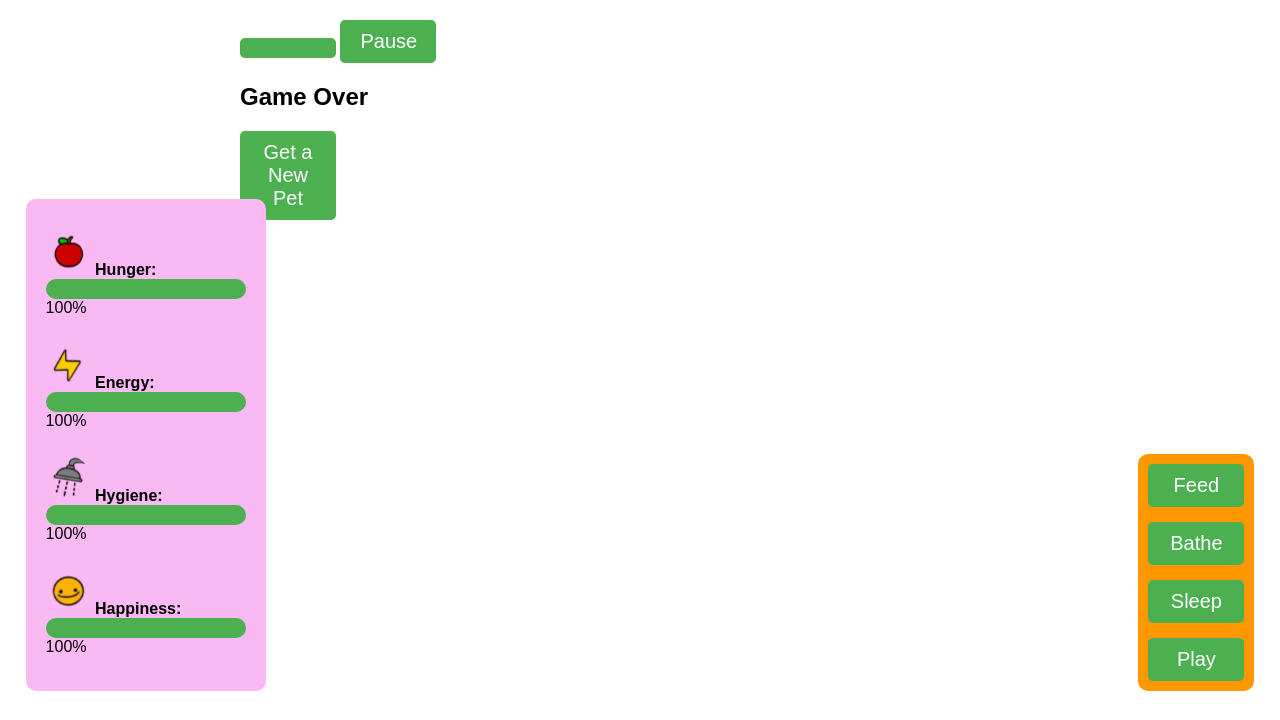
Repository: sarahjx/CapyCare
Page: html/index.html
These files come from the project's save history. The page is drawn as it stood at one moment and after the next save; the edit follows.
The browser window is 1280 px wide. The pictures show the whole page.
Some web fonts or font styles are not loaded; a fallback is used.

Above is the page before, as saved 2025-04-30 18:05:17.

### html/index.html
<!DOCTYPE html>
<html lang="en">
  <head>
    <meta charset="UTF-8" />
    <meta name="viewport" content="width=device-width, initial-scale=1.0" />
    <title>Virtual Pet Game</title>
    <link rel="preconnect" href="https://fonts.googleapis.com">
    <link rel="preconnect" href="https://fonts.gstatic.com" crossorigin>
    <link href="https://fonts.googleapis.com/css2?family=McLaren&display=swap" rel="stylesheet">
    <link rel="stylesheet" href="../css/statusbar.css" />
  </head>
  <body>
    <div class="status-bar-container">

      <div class="status-bar">
        <div class="status-icon-container">
        <span class="hunger-icon"><img src="../images/hunger.svg" alt="hunger icon"></span>
        <span class="status-label">Hunger:</span>
        </div>
        <div class="status-progress">
          <div id="hunger-bar" class="status-fill"></div>
        </div>
        <span id="hunger-value">100%</span>
        <div id="hunger-warning" class="warning"></div>
      </div>

      <div class="status-bar">
        <div class="status-icon-container">
        <span class="energy-icon"><img src="../images/energy.svg" alt="energy icon"></span>
        <span class="status-label">Energy:</span>
        </div>
        <div class="status-progress">
          <div id="energy-bar" class="status-fill"></div>
        </div>
        <span id="energy-value">100%</span>
        <div id="energy-warning" class="warning"></div>
      </div>

      <div class="status-bar">
        <div class="status-icon-container">
        <span class="hygiene-icon"><img src="../images/hygiene.svg" alt="hygiene icon"></span>
        <span class="status-label">Hygiene:</span>
        </div>
        <div class="status-progress">
          <div id="hygiene-bar" class="status-fill"></div>
        </div>
        <span id="hygiene-value">100%</span>
        <div id="hygiene-warning" class="warning"></div>
      </div>

      <div class="status-bar">
        <div class="status-icon-container">
        <span class="happiness-icon"><img src="../images/happiness.svg" alt="happiness icon"></span>
        <span class="status-label">Happiness:</span>
        </div>
        <div class="status-progress">
          <div id="happiness-bar" class="status-fill"></div>
        </div>
        <span id="happiness-value">100%</span>
        <div id="happiness-warning" class="warning"></div>
      </div>
    </div id="menu-wraper">
    <button id="toggle-button"></button>

      <div class="action-buttons" id="button-column">
        <button onclick="feedPet(currentPet)">Feed</button>
        <button onclick="bathePet(currentPet)">Bathe</button>
        <button onclick="bedtime(currentPet)">Sleep</button>
        <button onclick="touchPet(currentPet)">Play</button>
      </div>
      <button id="pauseButton" onclick="togglePause()" class="pause-button">
        Pause
      </button>
    </div>

    <div id="gameOverScreen" class="game-over-screen">
      <div class="game-over-content">
        <h2>Game Over</h2>
        <p id="gameOverMessage"></p>
        <button onclick="resetGame()">Get a New Pet</button>
      </div>
    </div>

    <script src="../backend/status.js"></script>
  </body>
</html>

### css/statusbar.css
:root {
  --primary-color: #F9D9D9;
  --secondary-color: #D9E7F9;
  --tertiary-color: #FFF1FB;
  --accent-color: #F7EFD7;
  --text-color: #333;
  --spacing-xs: 0.5rem;
  --spacing-sm: 0.75rem;
  --spacing-md: 1rem;
  --spacing-lg: 1.5rem;
  --spacing-xl: 2rem;
  --spacing-xxl: 3rem;
  --font-family: 'McLaren', sans-serif;
  --font-size-xs: 0.75rem;
  --font-size-sm: 0.875rem;
  --font-size-md: 1rem;
  --font-size-lg: 1.125rem;
  --font-size-xl: 1.25rem;
  --font-size-xxl: 1.5rem;
}

body {
  font-family: var(--font-family);
  font-weight: 10;
  max-width: 800px;
  margin: 0 auto;
  padding: 20px;
  background-color: #ffffff;
}

.status-bar-container {
  position: fixed;
  background-color: rgb(249, 185, 243);
  padding: 20px;
  border-radius: 10px;
  display: inline-flex;
  flex-direction: column;
  bottom: 4%;
  left: 2%;
}

.status-bar {
  margin: 10px 0;
}

.status-label {
  display: inline-block;
  width: 100px;
  font-weight: bold;
}

.status-progress {
  width: 200px;
  height: 20px;
  background-color: #eee;
  border-radius: 10px;
  overflow: hidden;
}

.status-fill {
  height: 100%;
  background-color: #4caf50;
  transition: width 0.3s ease;
}

.action-buttons {
  margin-top: 20px;
  display: inline-flex;
  flex-direction: column;
  padding: 10px;
  border-radius: 10px;
  gap: 15px;
  background-color: #ff9800;
  position: fixed;
  right: 2%;
  bottom: 4%;

}


button {
  padding: 10px 20px;
  border: none;
  border-radius: 5px;
  background-color: #4caf50;
  color: white;
  cursor: pointer;
  transition: background-color 0.3s;
  width: 6rem;
  font-family: var(--font-family);
  font-weight: 7pt;
  font-size: var(--font-size-xl);

}

button:hover {
  background-color: #45a049;
}

.warning {
  color: #ff9800;
  font-weight: bold;
  margin-top: 5px;
}

.critical {
  color: #f44336;
  font-weight: bold;
  margin-top: 5px;
}

### backend/status.js
/** @format */

function Personality(favFood, active, clean, clingy, foodLover, introText) {
  this.favFood = favFood;
  this.active = active;
  this.clean = clean;
  this.clingy = clingy;
  this.foodLover = foodLover;
  this.intro = introText;
}

const mix1 = new Personality(
  "Sunfruit",
  true,
  true,
  true,
  true,
  "This pet is energetic and playful, always ready to explore or play. They love the taste of Sunfruit and will happily eat it when offered, but they'll need constant attention, so expect lots of petting and cuddling. Despite their active nature, they stay clean and are easy to bathe. This pet loves affection and will return it in kind!"
);
const mix2 = new Personality(
  "Snakberry",
  true,
  true,
  false,
  true,
  "This pet is full of energy and loves to make the most of their days. They are particularly fond of Snakberries, which they will devour happily, but they tend to get hungry more often due to their high energy levels. Despite their active nature, they keep themselves clean and are easy to bathe. They're not overly clingy, so while they'll happily spend time with you, they won't be demanding affection constantly."
);
const mix3 = new Personality(
  "Dreamleaf",
  false,
  false,
  true,
  false,
  "This pet is laid-back and enjoys spending time with you, always seeking your company. They love Dreamleaf as a treat, but they're not particularly food-driven and don't get hungry as often. While they may get a little dirty from time to time, they tend to move around when you try to bathe them. Expect them to seek out your attention frequently, and be ready to shower them with love when they come to you for pets."
);

const personalities = [mix1, mix2, mix3];

// Global variable to store current pet
let currentPet = null;

// Store interval IDs globally
let hungerInterval = null;
let energyInterval = null;
let hygieneInterval = null;
let happinessInterval = null;

let isGameOver = false;

function getRandomPersonality() {
  const randomIndex = Math.floor(Math.random() * personalities.length);
  currentPet = personalities[randomIndex];
  console.log("New pet initialized:", currentPet.intro);
  return currentPet;
}

let hunger = 100;
let energy = 100;
let hygiene = 100;
let happiness = 100;

// Personality-based status decrease functions
function decreaseHunger() {
  if (!currentPet || isGameOver) return;

  // Food lovers get hungry faster
  const decreaseAmount = currentPet.foodLover ? 15 : 10;
  if (hunger <= 0) {
    hunger = 0;
    if (checkGameOver()) return;
  } else if (hunger > 0) {
    hunger -= decreaseAmount;
    if (checkGameOver()) return;
  }
  console.log("Hunger: " + hunger);
  warning();
}

function decreaseEnergy() {
  if (!currentPet || isGameOver) return;

  // Active pets lose energy faster
  const decreaseAmount = currentPet.active ? 15 : 10;
  if (energy <= 0) {
    energy = 0;
    if (checkGameOver()) return;
  } else if (energy > 0) {
    energy -= decreaseAmount;
    if (checkGameOver()) return;
  }
  console.log("Energy: " + energy);
  warning();
}

function decreaseHygiene() {
  if (!currentPet || isGameOver) return;

  // Clean pets lose hygiene slower
  const decreaseAmount = currentPet.clean ? 8 : 12;
  if (hygiene <= 0) {
    hygiene = 0;
    if (checkGameOver()) return;
  } else if (hygiene > 0) {
    hygiene -= decreaseAmount;
    if (checkGameOver()) return;
  }
  console.log("Hygiene: " + hygiene);
  warning();
}

function decreaseHappiness() {
  if (!currentPet || isGameOver) return;

  // Clingy pets lose happiness faster when not attended to
  const decreaseAmount = currentPet.clingy ? 15 : 10;
  if (happiness <= 0) {
    happiness = 0;
    if (checkGameOver()) return;
  } else if (happiness > 0) {
    happiness -= decreaseAmount;
    if (checkGameOver()) return;
  }
  console.log("Happiness: " + happiness);
  warning();
}

// Update intervals with personality-based timing
function updateIntervals() {
  // Clear any existing intervals
  if (hungerInterval) clearInterval(hungerInterval);
  if (energyInterval) clearInterval(energyInterval);
  if (hygieneInterval) clearInterval(hygieneInterval);
  if (happinessInterval) clearInterval(happinessInterval);

  // Set new intervals based on personality
  hungerInterval = setInterval(
    () => {
      decreaseHunger();
      warning();
    },
    currentPet.foodLover ? 6000 : 8000
  );

  energyInterval = setInterval(
    () => {
      decreaseEnergy();
      warning();
    },
    currentPet.active ? 8000 : 12000
  );

  hygieneInterval = setInterval(
    () => {
      decreaseHygiene();
      warning();
    },
    currentPet.clean ? 18000 : 15000
  );

  happinessInterval = setInterval(
    () => {
      decreaseHappiness();
      warning();
    },
    currentPet.clingy ? 8000 : 10000
  );

  console.log("Intervals updated for pet:", currentPet.intro);
}

// Pause game function
function pauseGame() {
  if (hungerInterval) clearInterval(hungerInterval);
  if (energyInterval) clearInterval(energyInterval);
  if (hygieneInterval) clearInterval(hygieneInterval);
  if (happinessInterval) clearInterval(happinessInterval);
  console.log("Game paused");
}

// Resume game function
function resumeGame() {
  updateIntervals();
  console.log("Game resumed");
}

// Initialize with a random pet and start intervals
currentPet = getRandomPersonality();
updateIntervals();

function touchPet(personality) {
  if (personality.clingy) {
    gainStatus("happiness");
    console.log("Your pet loves the attention!");
  } else {
    loseStatus("happiness");
    console.log("Your pet prefers their space.");
  }
}

function feedPet(personality) {
  gainStatus("hunger"); // Always increase hunger
  if (personality.foodLover) {
    gainStatus("happiness");
    console.log("Your pet loves the food!");
  } else {
    loseStatus("happiness");
    console.log("Your pet isn't very interested in food.");
  }
}

function bathePet(personality) {
  gainStatus("hygiene"); // Always increase hygiene
  if (personality.clean) {
    gainStatus("happiness");
    console.log("Your pet enjoys being clean!");
  } else {
    loseStatus("happiness");
    console.log("Your pet doesn't like baths.");
  }
}

function bedtime(personality) {
  gainStatus("energy"); // Always increase energy
  if (personality.active) {
    loseStatus("happiness");
    console.log("Your pet is too energetic to sleep!");
  } else {
    gainStatus("happiness");
    console.log("Your pet enjoys resting.");
  }
}

function gainStatus(category) {
  switch (category) {
    case "hunger":
      if (hunger >= 100) {
        console.log("Hunger is full!");
      } else if (hunger < 100) {
        hunger += 10;
        console.log("Hunger: " + hunger);
      }
      break;
    case "energy":
      if (energy >= 100) {
        console.log("Energy is full!");
      } else if (energy < 100) {
        energy += 10;
        console.log("Energy: " + energy);
      }
      break;
    case "hygiene":
      if (hygiene >= 100) {
        console.log("Hygiene is full!");
      } else if (hygiene < 100) {
        hygiene += 10;
        console.log("Hygiene: " + hygiene);
      }
      break;
    case "happiness":
      if (happiness >= 100) {
        console.log("Happiness is full!");
      } else if (happiness < 100) {
        happiness += 10;
        console.log("Happiness: " + happiness);
      }
      break;
    default:
      console.log("Invalid category");
  }
}

function loseStatus(category) {
  switch (category) {
    case "hunger":
      if (hunger <= 0) {
        console.log("Hunger is empty!");
        hunger = 0;
      } else if (hunger > 0) {
        hunger -= 10;
        console.log("Hunger: " + hunger);
      }
      break;
    case "energy":
      if (energy <= 0) {
        console.log("Energy is empty!");
        energy = 0;
      } else if (energy > 0) {
        energy -= 10;
        console.log("Energy: " + energy);
      }
      break;
    case "hygiene":
      if (hygiene <= 0) {
        console.log("Hygiene is empty!");
        hygiene = 0;
      } else if (hygiene > 0) {
        hygiene -= 10;
        console.log("Hygiene: " + hygiene);
      }
      break;
    case "happiness":
      if (happiness <= 0) {
        console.log("Happiness is empty!");
        happiness = 0;
      } else if (happiness > 0) {
        happiness -= 10;
        console.log("Happiness: " + happiness);
      }
      break;
    default:
      console.log("Invalid category");
  }
}

function warning() {
  // Hunger warnings
  if (hunger <= 50 && hunger > 20) {
    document.getElementById("hunger-warning").textContent =
      "Your pet is getting hungry!";
    document.getElementById("hunger-warning").className = "warning";
  } else if (hunger <= 20 && hunger > 0) {
    document.getElementById("hunger-warning").textContent =
      "Your pet is starving!";
    document.getElementById("hunger-warning").className = "critical";
  } else {
    document.getElementById("hunger-warning").textContent = "";
  }

  // Energy warnings
  if (energy <= 50 && energy > 20) {
    document.getElementById("energy-warning").textContent =
      "Your pet is getting tired!";
    document.getElementById("energy-warning").className = "warning";
  } else if (energy <= 20 && energy > 0) {
    document.getElementById("energy-warning").textContent =
      "Your pet is exhausted!";
    document.getElementById("energy-warning").className = "critical";
  } else {
    document.getElementById("energy-warning").textContent = "";
  }

  // Hygiene warnings
  if (hygiene <= 50 && hygiene > 20) {
    document.getElementById("hygiene-warning").textContent =
      "Your pet needs a bath!";
    document.getElementById("hygiene-warning").className = "warning";
  } else if (hygiene <= 20 && hygiene > 0) {
    document.getElementById("hygiene-warning").textContent =
      "Your pet is filthy!";
    document.getElementById("hygiene-warning").className = "critical";
  } else {
    document.getElementById("hygiene-warning").textContent = "";
  }

  // Happiness warnings
  if (happiness <= 50 && happiness > 20) {
    document.getElementById("happiness-warning").textContent =
      "Your pet is getting sad!";
    document.getElementById("happiness-warning").className = "warning";
  } else if (happiness <= 20 && happiness > 0) {
    document.getElementById("happiness-warning").textContent =
      "Your pet is depressed!";
    document.getElementById("happiness-warning").className = "critical";
  } else {
    document.getElementById("happiness-warning").textContent = "";
  }
}

function checkGameOver() {
  if (hunger <= 0 || energy <= 0 || hygiene <= 0 || happiness <= 0) {
    isGameOver = true;
    pauseGame();
    showGameOver();
    return true;
  }
  return false;
}

function showGameOver() {
  let reason = "";
  if (hunger <= 0) reason = "Your pet starved to death!";
  else if (energy <= 0) reason = "Your pet died from exhaustion!";
  else if (hygiene <= 0) reason = "Your pet died from poor hygiene!";
  else if (happiness <= 0) reason = "Your pet died from sadness!";

  console.log("GAME OVER: " + reason);
  document.getElementById("gameOverMessage").textContent = reason;
  document.getElementById("gameOverScreen").style.display = "flex";
}

function resetGame() {
  isGameOver = false;
  hunger = 100;
  energy = 100;
  hygiene = 100;
  happiness = 100;
  document.getElementById("gameOverScreen").style.display = "none";
  currentPet = getRandomPersonality();
  updateStatusBars();
  updateIntervals();
}

let isPaused = false;

      function togglePause() {
        isPaused = !isPaused;
        const pauseButton = document.getElementById("pauseButton");
        const buttons = document.querySelectorAll(
          ".buttons button:not(#pauseButton)"
        );

        if (isPaused) {
          pauseButton.textContent = "Resume";
          pauseButton.classList.add("paused");
          buttons.forEach((button) => (button.disabled = true));
          pauseGame();
        } else {
          pauseButton.textContent = "Pause";
          pauseButton.classList.remove("paused");
          buttons.forEach((button) => (button.disabled = false));
          resumeGame();
        }
      }

      // Update status bars
      function updateStatusBars() {
        document.getElementById("hunger-bar").style.width = hunger + "%";
        document.getElementById("energy-bar").style.width = energy + "%";
        document.getElementById("hygiene-bar").style.width = hygiene + "%";
        document.getElementById("happiness-bar").style.width = happiness + "%";

        document.getElementById("hunger-value").textContent = hunger + "%";
        document.getElementById("energy-value").textContent = energy + "%";
        document.getElementById("hygiene-value").textContent = hygiene + "%";
        document.getElementById("happiness-value").textContent =
          happiness + "%";
      }

      // Override console.log to update UI
      const originalConsoleLog = console.log;
      console.log = function () {
        originalConsoleLog.apply(console, arguments);
        updateStatusBars();
      };

      // Initial update
      updateStatusBars();

After the next save:
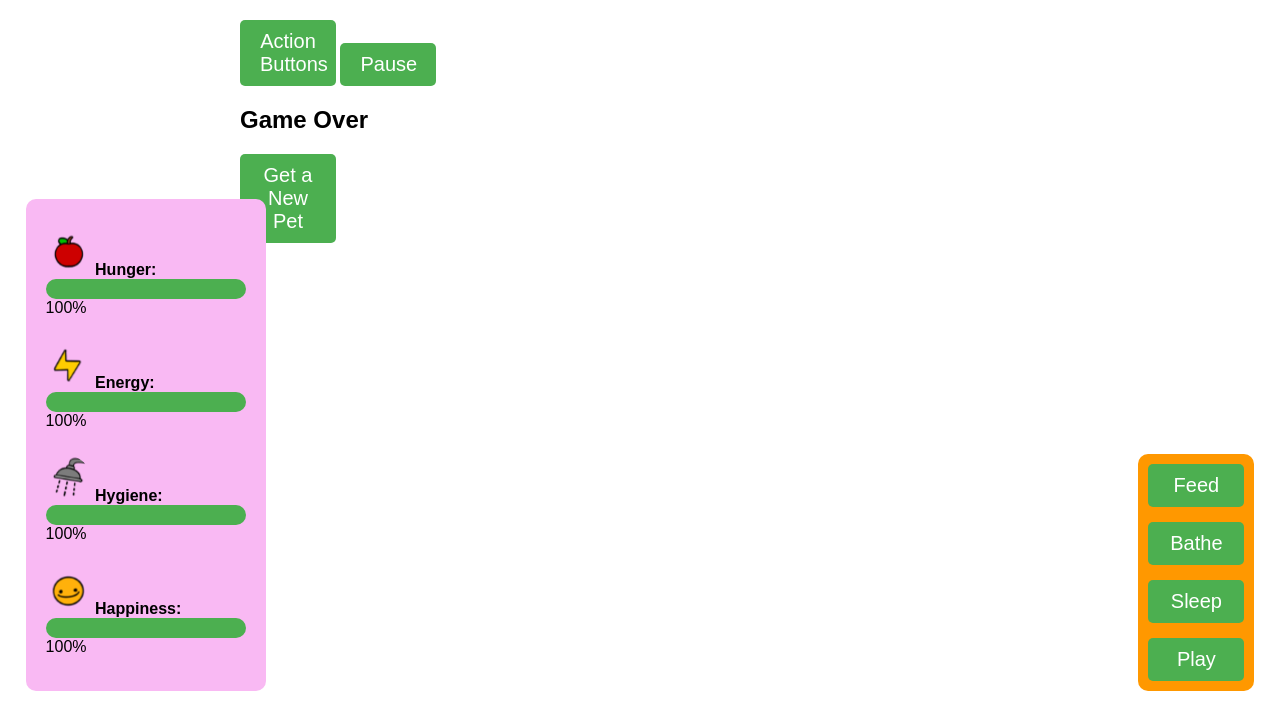
Saved 6 s later.
--- a/html/index.html
+++ b/html/index.html
@@ -60,7 +60,7 @@
         <div id="happiness-warning" class="warning"></div>
       </div>
     </div id="menu-wraper">
-    <button id="toggle-button"></button>
+    <button id="toggle-button">Action Buttons</button>
 
       <div class="action-buttons" id="button-column">
         <button onclick="feedPet(currentPet)">Feed</button>
